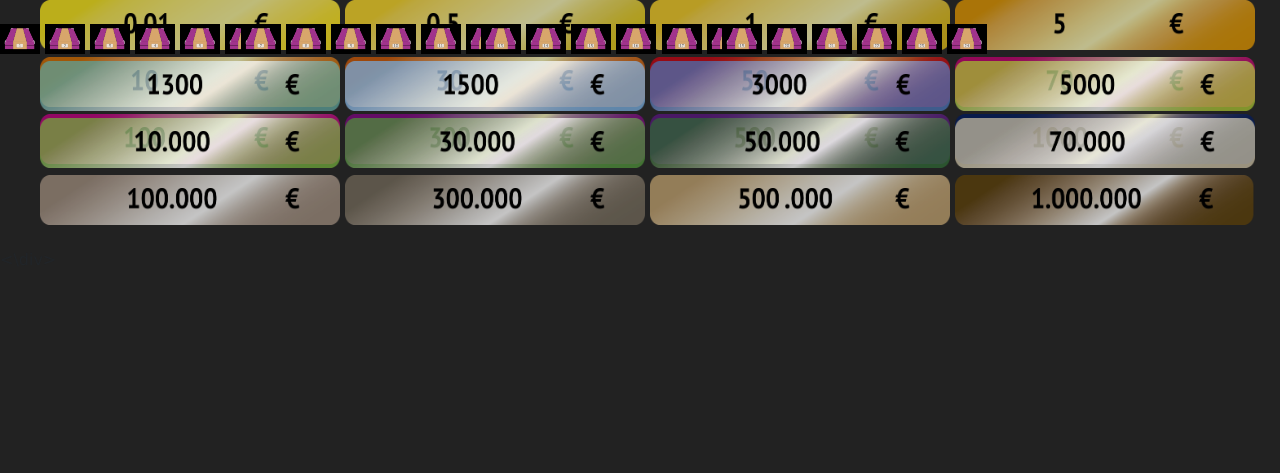
Repository: elnacp/Deal_or_no_deal
Page: DealOrNoDeal/index.html
The author's editor kept a copy of each file at every save. The page is drawn from the files as they stood at one save, then again after the next save.
The browser window is 1280 px wide. The pictures show the whole page.
Some web libraries are served in a nearby version.

Above is the page before, as saved 2017-11-27 00:22:38.

After the next save:
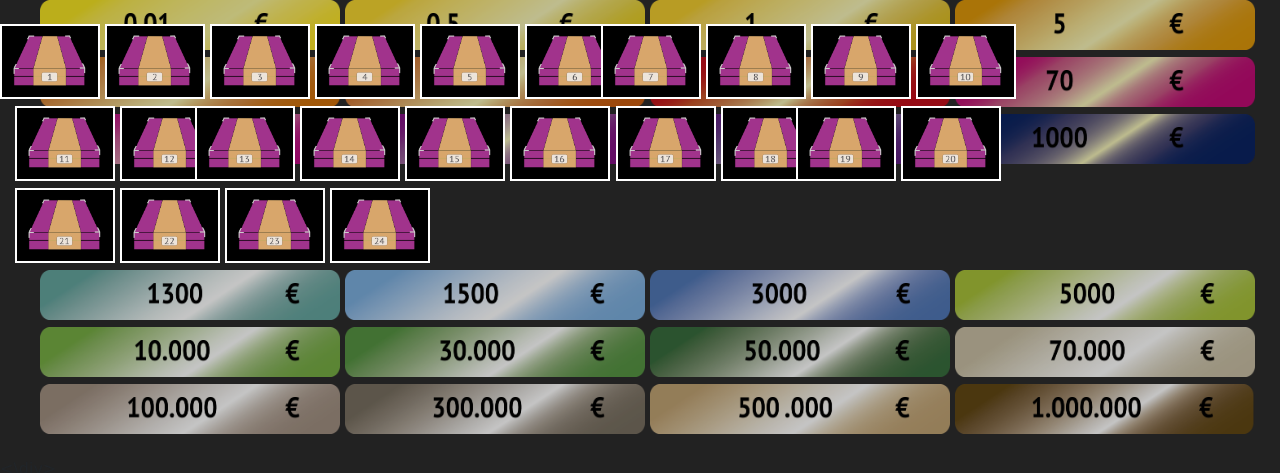
Saved 19 s later.
--- a/DealOrNoDeal/css/style.css
+++ b/DealOrNoDeal/css/style.css
@@ -47,10 +47,10 @@ body {
 }
 
 #image{
-	width:40px;
-	height:30px;
-	/*float:left;
-	border: 2px solid white;*/
+	width:100px;
+	height:75px;
+	/*float:left;*/
+	border: 2px solid white;
 }
 
 /*#chests{
